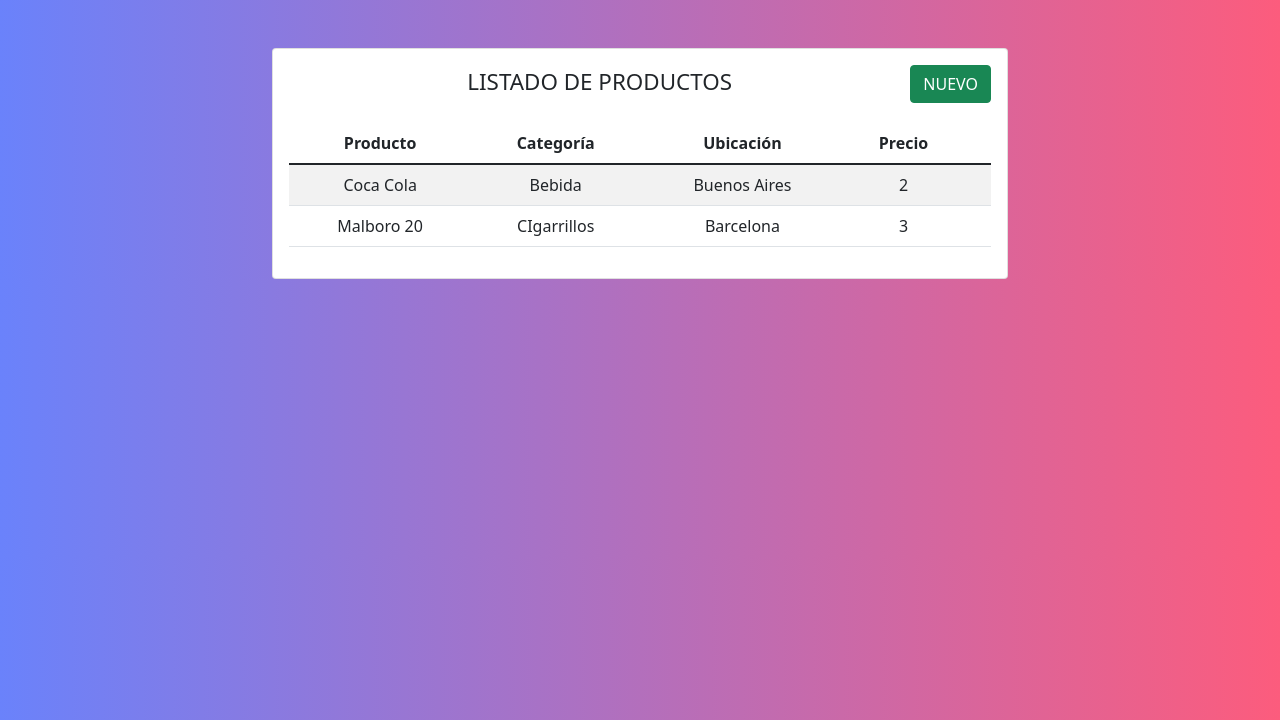
Repository: vivianaleivagalvez/crud_angular
Page: /
The author's editor kept a copy of each file at every save. The page is drawn from the files as they stood at one save, then again after the next save.
The browser window is 1280 px wide. The pictures show the whole page.
The project was rebuilt for these pictures with package versions that can differ from the ones it lists, and the page was loaded fresh each time. Also part of the build but not shown: angular.json, src/app/components/crear-producto/crear-producto.component.ts.

Above is the page before, as saved 2022-01-27 00:15:56.

After the next save:
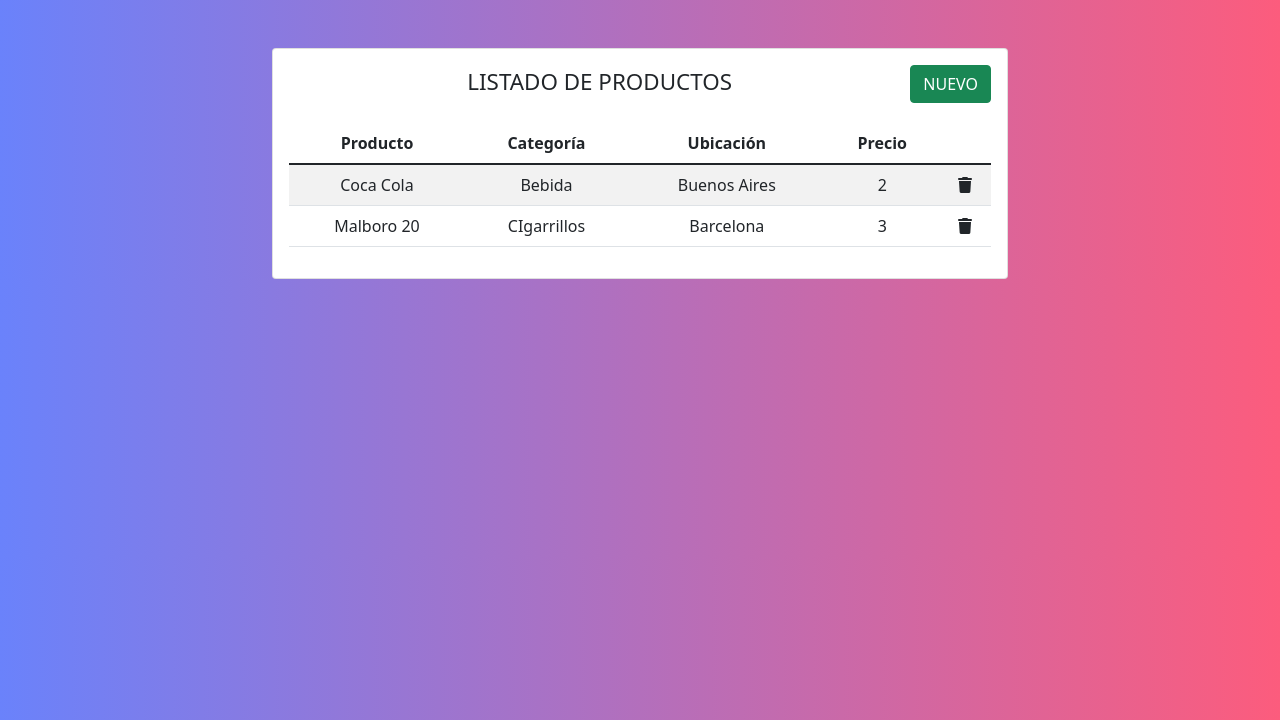
Saved 16 s later.
--- a/src/app/components/listar-productos/listar-productos.component.html
+++ b/src/app/components/listar-productos/listar-productos.component.html
@@ -21,14 +21,14 @@
                 <td>Bebida</td>
                 <td>Buenos Aires</td>
                 <td>2</td>
-                <td></td>
+                <td><i class="fas fa-trash"></i></td>
               </tr>
               <tr>
                 <td>Malboro 20</td>
                 <td>CIgarrillos</td>
                 <td>Barcelona</td>
                 <td>3</td>
-                <td></td>
+                <td><i class="fas fa-trash"></i></td>
               </tr>
               <tr>
             </tbody>
